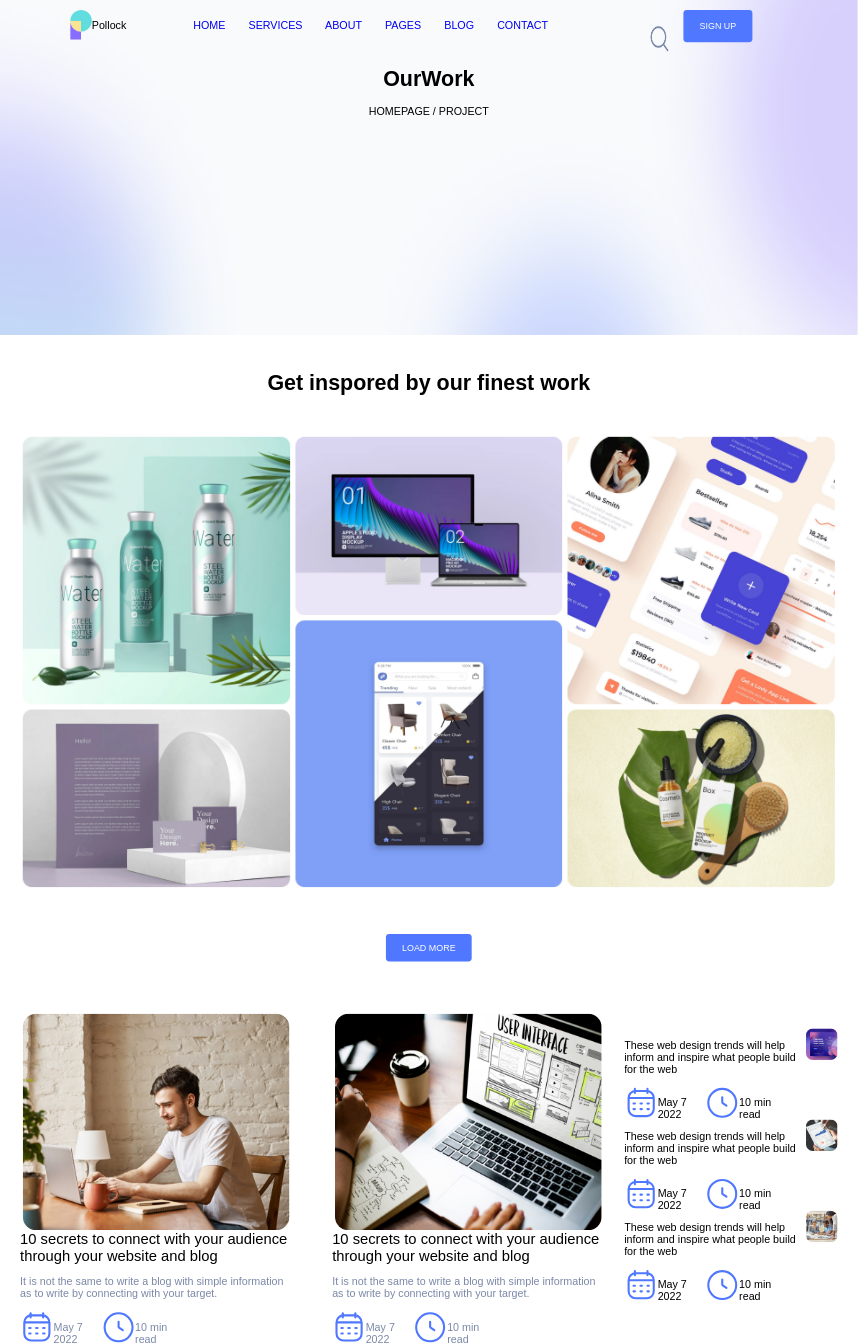
Repository: Nam936/exercises
Page: demo.html
An editor plug-in stored every save of this project. The page is shown before and after a run of saves, followed by the edit.
The browser window is 1280 px wide. The pictures show the whole page, at 67% of full size.

Above is the page before, as saved 2023-01-06 16:34:25.

### demo.html
<!DOCTYPE html>
<html lang="en">

<head>
  <meta charset="UTF-8">
  <meta http-equiv="X-UA-Compatible" content="IE=edge">
  <meta name="viewport" content="width=device-width, initial-scale=1.0">
  <title>Pollock</title>
  <link rel="stylesheet" href="style2.css">
</head>

<body>
  <div id="wrap">
    <div class="bg-header">
      <div class="container">
        <div class="header">
          <div class="menu-header">
            <div class="logo-header">
              <div class="img-logo">
                <img src="/img/Frame_header.png" alt="logo">
              </div>
              <p class="txt_header">Pollock</p>
            </div>
            <div class="header-midd">
              <a href="#">HOME</a>
              <a href="#">SERVICES</a>
              <a href="#">ABOUT</a>
              <a href="#">PAGES</a>
              <a href="#">BLOG</a>
              <a href="#">CONTACT</a>
            </div>
            <div class="header-right">
              <div class="search">
                <img class="search" src="/img/Iconex/Search_header.png" alt="">
              </div>
              <button>SIGN UP</button>
            </div>
          </div>
        </div>
        <div class="txt-ct">
          <h1>OurWork</h1>
          <p>HOMEPAGE / PROJECT</p>
        </div>
      </div>
    </div>

    <div class="main">
      <div class="header-main">
        <h1>Get inspored by our finest work</h1>
      </div>
      <div class="row">
        <div class="column">
          <img src="/img/main_img/1.png" alt="">
          <img src="/img/main_img/2.png" alt="">
        </div>
        <div class="column">
          <img src="/img/main_img/3.png" alt="">
          <img src="/img/main_img/4.png" alt="">
        </div>
        <div class="column">
          <img src="/img/main_img/5.png" alt="">
          <img src="/img/main_img/6.png" alt="">
        </div>
      </div>
      <div class="btn-main">
        <a href="#"><button>LOAD MORE</button></a>
      </div>
    </div>

    <!-- <div class="client">
      <div class="tit-client">
        <h2>What our clients are saying about us</h2>
        <p>Customer satisfaction is a primary goal for our company</p>
      </div>
      <div class="slide-container">
        <div class="slide">
          <div class="card">
            <div class="content">
              <div class="avatar">
                <img src="/img/avatar/avatar-1.svg" alt="">
              </div>
              <div class="title-card">
                <span>Monica Smith</span>
                <p>Brand & Co</p>
              </div>
              <div class="desc-card">
                <span>Amazing!!</span>
                <p>Overall experience is awesome!! I'm a visual thinker, and I couldn't function without a tool like
                  this.</p>
              </div>
            </div>
          </div>
          <div class="card">
            <div class="content">
              <div class="avatar">
                <img src="/img/avatar/avatar-2.svg" alt="">
              </div>
              <div class="title-card">
                <span>Monica Smith</span>
                <p>Brand & Co</p>
              </div>
              <div class="desc-card">
                <span>Amazing!!</span>
                <p>Overall experience is awesome!! I'm a visual thinker, and I couldn't function without a tool like
                  this.</p>
              </div>
            </div>
          </div>
          <div class="card">
            <div class="content">
              <div class="avatar">
                <img src="/img/avatar/avatar-3.svg" alt="">
              </div>
              <div class="title-card">
                <span>Monica Smith</span>
                <p>Brand & Co</p>
              </div>
              <div class="desc-card">
                <span>Amazing!!</span>
                <p>Overall experience is awesome!! I'm a visual thinker, and I couldn't function without a tool like
                  this.</p>
              </div>
            </div>
          </div>
        </div>
      </div>
    </div>

    <div class="recent-project-wrap">
      <div class="recent-container">
        <div class="recent-project">
          <div class="recent-title">
            <p>Recent projects</p>
          </div>
          <div class="btn-slide">
            <img src="/img/Iconex/Left.svg" alt="">
            <img src="/img/Iconex/Right.svg" alt="">
          </div>
        </div>
        <div class="card-row">
          <div class="card-column"><img src="/img/Img1.png" alt=""></div>
          <div class="card-column"><img src="/img/Img2.png" alt=""></div>
          <div class="card-column"><img src="/img/Img3.png" alt=""></div>
        </div>
      </div>
    </div> -->

    <div class="blog">
      <!-- <div class="blog-content">
        <div class="tit">
          <p>We will keep you up to date and give you tips to help you optimise your company</p>
        </div>
      </div> -->
      <div class="big-new">
        <div class="big-new-cont">
          <div class="big-content-1">
            <div class="big-img">
              <img src="/img/Rectangle 66.png" alt="">
            </div>
            <div class="blog-desc">
              <div class="blog-tit">
                <span class="tit-blog-tit">10 secrets to connect with your audience through your website and blog</span>
                <p>It is not the same to write a blog with simple information as to write by connecting with your
                  target.
                </p>
              </div>
              <div class="blog-date">
                <img src="/img/Iconex/Calendar.svg" alt="">
                <p>May 7 2022</p>
              </div>
              <div class="time">
                <img src="/img/Iconex/Time Circle.svg" alt="">
                <p>10 min read</p>
              </div>
            </div>
          </div>
          <div class="big-content-2">
            <div class="big-img">
              <img src="/img/Rectangle 66_2.png" alt="">
            </div>
            <div class="blog-desc">
              <div class="blog-tit">
                <span class="tit-blog-tit">10 secrets to connect with your audience through your website and blog</span>
                <p>It is not the same to write a blog with simple information as to write by connecting with your
                  target.
                </p>
              </div>
              <div class="blog-date">
                <img src="/img/Iconex/Calendar.svg" alt="">
                <p>May 7 2022</p>
              </div>
              <div class="time">
                <img src="/img/Iconex/Time Circle.svg" alt="">
                <p>10 min read</p>
              </div>
            </div>
          </div>
        </div>
      </div>


      <div class="blog-thumbnail">
        <div class="thumbnail">
          <div class="thumb">
            <p>These web design trends will help inform and inspire what people build for the web</p>
            <div class="day">
              <div class="blog-date">
                <img src="/img/Iconex/Calendar.svg" alt="">
                <p>May 7 2022</p>
              </div>
              <div class="time">
                <img src="/img/Iconex/Time Circle.svg" alt="">
                <p>10 min read</p>
              </div>
            </div>
          </div>
          <div class="thumb-img">
            <img src="/img/thumb1.png" alt="">
          </div>
        </div>
        <div class="thumbnail">
          <div class="thumb">
            <p>These web design trends will help inform and inspire what people build for the web</p>
            <div class="day">
              <div class="blog-date">
                <img src="/img/Iconex/Calendar.svg" alt="">
                <p>May 7 2022</p>
              </div>
              <div class="time">
                <img src="/img/Iconex/Time Circle.svg" alt="">
                <p>10 min read</p>
              </div>
            </div>
          </div>
          <div class="thumb-img">
            <img src="/img/thumb2.png" alt="">
          </div>
        </div>
        <div class="thumbnail">
          <div class="thumb">
            <p>These web design trends will help inform and inspire what people build for the web</p>
            <div class="day">
              <div class="blog-date">
                <img src="/img/Iconex/Calendar.svg" alt="">
                <p>May 7 2022</p>
              </div>
              <div class="time">
                <img src="/img/Iconex/Time Circle.svg" alt="">
                <p>10 min read</p>
              </div>
            </div>
          </div>
          <div class="thumb-img">
            <img src="/img/thumb3.png" alt="">
          </div>
        </div>
      </div>
    </div>
  </div>
</body>

</html>

### style2.css
* {
  box-sizing: border-box;
}

body {
  margin: 0;
  font-family: 'Outfit', sans-serif;
}

.bg-header {
  width: 100%;
  height: 500px;
  background-image: url(/img/Hero_background.png);
  background-size: 100% 100%;
}

.container {
  max-width: 1170px;
  margin: 0px auto;
  padding: 0px 15px;
  width: 100%;
}

/* .menu-header{
  overflow: hidden;
  padding: 20px 10px; */
/* }
.logo-header{
  float: left;
}
.logo-header{
  display: flex;
}
.logo-header img{
  max-width: 100%;
  float: left;
}
.img-logo{
  width: 32px;
  height: 44px;
  max-width: 100%;
}
.header-right{
  padding: 20px 10px;
}
.header-right a{
  float: left;
  display: block;
  text-align: center;
  padding: 14px 16px;
  text-decoration: none;
  font-size: 17px;
  /* padding: 12px;
  text-decoration: none;
  line-height: 20px;
  color: #7B88A8; */
}


/* .icon-header img {
  width: 24px;
  height: 24px;
}

.cart,.search{
  margin: 22px 20px;
}

button {
  display: inline;
  background-color: #4F77FF;
  border: 0px;
  border-radius: 5px;
  padding: 13px 24px;
  color: #fff;
}  */

/* @media screen and (max-width: 600px) {
  .menu-header a:not(:first-child) {display: none;}
  /* .menu-header a{
    float: right;
    display: block;
  }
}
*/
/* @media screen and (max-width: 500px) {
  .header a {
    float: none;
    display: block;
    text-align: left;
} */

/* .header-right {
    float: none;
} */

.header {
  display: flex;
}

.menu-header {
  display: flex;
  justify-content: space-around;
  align-items: center;
}

.menu-header img {
  width: 32px;
  height: 44px;
}

.logo-header{
  display: flex;
  align-items: center;
}



.txt-header {
  padding-left: 10px;
}

/* .lst-header ul {
  display: flex;
  list-style-type: none;
}

.lst-header ul li {
  margin: 22px 20px;
}

.lst-header a {
  text-decoration: none;
  color: #7B88A8;
}  */

.header-midd{
  padding: 30px 30px;
}
.header-midd a{
  text-decoration: none;
  margin-right: 30px;
}

.header-right{
  display: flex;
  width: 227px;
  height: 48px;
}
.icon-header{

}
.icon-header img {
  width: 50%;
  width: 24px;
  height: 24px;
}
.icon
.btn-header{

}
.cart,
.search {
  margin: 10px 10px;
}

button {
  background-color: #4F77FF;
  border: 0px;
  border-radius: 5px;
  padding: 13px 24px;
  color: #fff;
}

.txt-ct {
  text-align: center;
}
@media screen and (max-width: 600px) {
  .header-right img{
    display: none;
  }
}
@media screen and (max-width: 600px) {
  .menu-header a:not(:first-child) {display: none;}
  .menu-header a{
    float: right;
    display: block;
  }
}







/* main */
.header-main{
  text-align: center;
  padding: 32px;
}

.row{
/* display: -ms-flexbox; IE10 */
/* -ms-flex-wrap: wrap; IE10 */
  display: flex;
  flex-wrap: wrap;
  padding: 0 30px;
  justify-content: center;
}

/* Create four equal columns that sits next to each other */
.column {
  /* -ms-flex: 25%; IE10 */
  flex: 25%;
  max-width: 50%;
  padding: 0 4px;
}

.column img {
  margin-top: 8px;
  vertical-align: middle;
  width: 100%;
}



.btn-main{
  text-align: center;
  padding: 70px;
}
.btn-main a{
  text-decoration: none;
}


@media screen and (max-width: 800px) {
  .column {
    /* -ms-flex: 50%; */
    flex: 50%;
    max-width: 50%;
  }
}

/* Responsive layout - makes the two columns stack on top of each other instead of next to each other */
@media screen and (max-width: 600px) {
  .column {
    /* -ms-flex: 100%; */
    flex: 100%;
    max-width: 100%;
  }
}

/* slide-card */
.client{
  background-color: #F8FAFC;
}
.tit-client{
  text-align: center;
  padding: 120px 0px 95px;
}
.tit-client p{
  color: #7B88A8;
}
.slide-container{

}
.slide{
  display: flex;
  justify-content: center;
  gap: 30px;
}
.card{
  width: 350px;
  height: 350px;
  border: 1px solid rgba(79, 119, 255, 0.2) ;
  border-radius: 20px;
  margin-bottom: 105px;
}
.content{
  text-align: center;
  padding: 35px 35.09px 45px 35px;
}
.avatar{

}
.title-card span{
  font-size:22px;
}
.title-card p{
  color: #7B88A8;
  font-size: 16px;
}
.desc-card span{
  font-size: 18px;
}
.desc-card p{
  display: -webkit-box;
  -webkit-box-orient: vertical;
  -webkit-line-clamp: 3;
  overflow: hidden;
  color: #7B88A8;
  font-size: 16px;
  line-height: 1.5;
}

/* recent */

.recent-project-wrap{

}
.recent-container{
  max-width: 1170px;
  margin: 0px auto;
  padding: 0px 15px;
  width: 100%;
}
.recent-project{
  display: flex;
  align-items: center;
}
.recent-title{

}
.btn-slide{

}
.card-row{
  display: flex;
  flex-wrap: wrap;
  padding: 0 30px;
  justify-content: center;
}
.card-column{
  flex: 25%;
  max-width: 50%;
  padding: 0 4px;
}
.card-column img{
  margin-top: 8px;
  /* vertical-align: middle; */
  width: 100%;
}


/* blog */

.blog{

  display: flex;
}
/* .blog-content{

}
.tit{

} */
.big-new{

}
.big-new-cont{
  display: flex;
  gap: 30px;
}
.big-content-1{
  padding: 0 30px;

}
.big-img{
  max-width: 100%;
  padding: 0 4px;
}
.big-img img{
  margin-top: 8px;
  vertical-align: middle;
  width: 100%;
  border-radius: 20px;
}
.blog-desc{
  display: flex;
  flex-wrap: wrap;
}
.blog-desc p{
  color: #7B88A8;
}
.blog-titp{

}
.tit-blog-tit{
  font-size: 22px;
}
.blog-date{
  display: flex;
  margin-right: 20px;
}
.time{
  display: flex;
}
.big-content-2{

}

.blog-thumbnail{
  display: flex;
  flex-direction: column;
  padding: 30px 30px;
}
.thumbnail{
  display: flex;
}
.thumb{
  display: -webkit-box;
    -webkit-box-orient: vertical;
    -webkit-line-clamp: 3;
    overflow: hidden;
}

.day{
  display: flex;
}
.thumb-img{
  width: 100px;
  height: 100px;
}
.thumb-img img{
  max-width: 100%;
  border-radius: 10px;
}
























/* html,
body {
  font-size: 16px;
  color: hsl(60, 58%, 0%);
}
body {
  padding: 20px;
  background-color: rgb(99, 232, 203);
}
h1 {
  font-size: 2rem;
  text-align: center;
}
.buttons {
  display: flex;
  flex-wrap: wrap;
  gap: 10px;
  margin: 40px 0;
}
button {
  padding: 10px;
  border-radius: 5px;
  border: 2px solid hsl(60, 58%, 17%);
  background-color: navajowhite;
}
.grid {
  display: grid;
  grid-template-columns: repeat(auto-fit, minmax(10rem, 1fr));
  grid-auto-rows: 10rem;
  grid-gap: 20px;
  margin: 40px 0;
}
.grid__item {
  background-color: hsl(40, 58%, 17%);
  border-radius: 5px;
}
.grid__item:nth-child(1),
.grid__item:nth-child(4) {
  background-color: hsl(10, 58%, 17%);
}
.grid__item:nth-child(2),
.grid__item:nth-child(6) {
  background-color: hsl(150, 58%, 17%);
}
.grid__item:nth-child(3),
.grid__item:nth-child(7) {
  background-color: hsl(200, 58%, 17%);
}
.grid__item:nth-child(4),
.grid__item:nth-child(8) {
  background-color: hsl(305, 58%, 17%);
} */
/* transition styles that would be animated */
/* .toggle-column {
  grid-template-columns: repeat(auto-fit, minmax(16rem, 1fr));
}
.toggle-row {
  grid-auto-rows: 16rem;
}
.toggle-gap {
  grid-gap: 40px;
} */

After the next 2 saves:
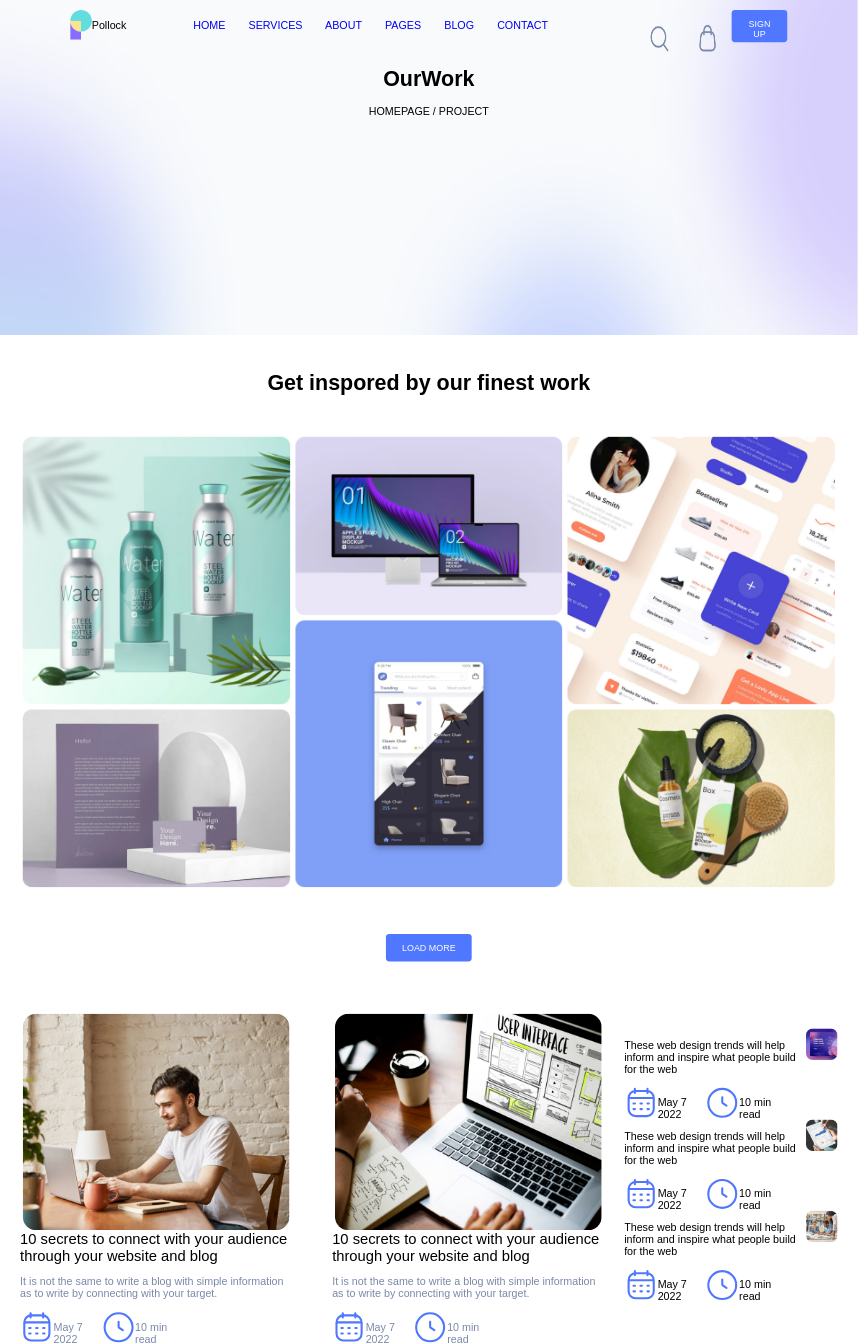
The 2 saves are shown as one change because they came seconds apart.
The last was saved 12 s later.
--- a/demo.html
+++ b/demo.html
@@ -33,6 +33,9 @@
               <div class="search">
                 <img class="search" src="/img/Iconex/Search_header.png" alt="">
               </div>
+              <div class="cart">
+                <img class="cart" src="/img/Iconex/Bag_header.png" alt="">
+              </div>
               <button>SIGN UP</button>
             </div>
           </div>
